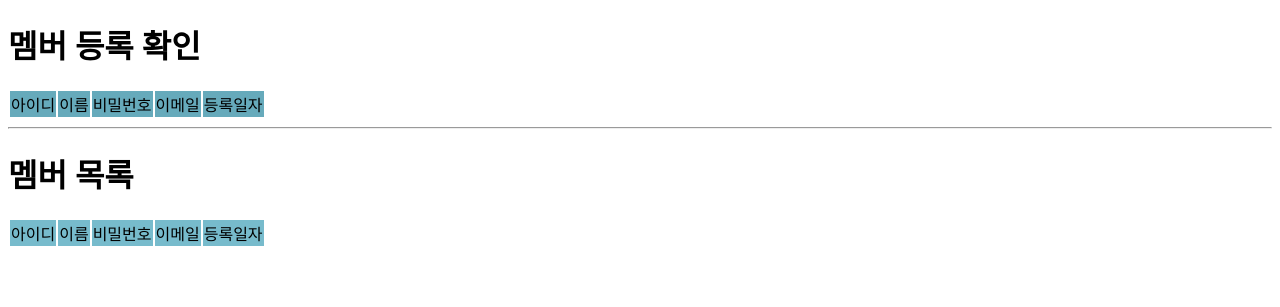
Repository: jsb5589/JAVAStudy
Page: http://localhost/JSP03/members/member7.jsp
The author's editor kept a copy of each file at every save. The page is drawn from the files as they stood at one save, then again after a run of saves.
The browser window is 1280 px wide. The pictures show the whole page.
The page is served by Tomcat 9. Queries for data that is not in the repository find no rows.

Above is the page before, as saved 2021-08-12 03:30:02.

### EZWebs/JSP03/src/main/webapp/members/member7.jsp
<%@ page language="java" contentType="text/html; charset=UTF-8"
	import="java.util.*, members.*"
    pageEncoding="UTF-8"%>

<%
	request.setCharacterEncoding("UTF-8");
%>

<jsp:useBean id="member" class="members.MemberVO" scope="page"/>
<jsp:setProperty name="member" property="*" />

<%
/*
	String mid = request.getParameter("mid");
	String mname = request.getParameter("mname");
	String pwd = request.getParameter("pwd");
	String email = request.getParameter("email");

	member.setMid(mid);
	member.setMname(mname);
	member.setPwd(pwd);
	member.setEmail(email);
	*/
	// MemberVO member = new MemberVO(mid, mname, pwd, email);
	MemberDBCP memberDBCP = new MemberDBCP();
	memberDBCP.addMember(member);

	List<MemberVO> memberList = memberDBCP.getMembers();
%>

<!DOCTYPE html>
<html>
<head>
	<meta charset="UTF-8">
	<title>멤버 등록 및 조회7</title>
</head>
<body>
	<h1>멤버 등록 확인</h1>
	<table>
		<tr bgcolor="66aabb">
			<td>아이디</td>
			<td>이름</td>
			<td>비밀번호</td>
			<td>이메일</td>
			<td>등록일자</td>
	</table>

	<hr>
	<h1>멤버 목록</h1>
	<table>
		<tr bgcolor="77bbcc">
			<td>아이디</td>
			<td>이름</td>
			<td>비밀번호</td>
			<td>이메일</td>
			<td>등록일자</td>
		</tr>

<%
		for(int cnt=0; cnt < memberList.size(); cnt++)	{
			MemberVO mem = (MemberVO)memberList.get(cnt);
%>
		<tr>
			<td><%=mem.getMid()%></td>
			<td><%=mem.getMname()%></td>
			<td><%=mem.getPwd()%></td>
			<td><%=mem.getEmail()%></td>
			<td><%=mem.getRegdate()%></td>
		</tr>
<%
		}
%>
	</table>
</body>
</html>

### EZWebs/JSP03/src/main/java/members/MemberVO.java
/*
 * MemberVO Value Object
 */
package members;

import java.sql.Date;

public class MemberVO {
	private String mid;
	private String mname;
	private String pwd;
	private String email;
	private Date regdate;

	public MemberVO() {}

	public MemberVO(String mid, String mname, String pwd, String email) {
		this.mid = mid;
		this.mname = mname;
		this.pwd = pwd;
		this.email = email;
	}

	public String getMid() {
		return mid;
	}
	public void setMid(String mid) {
		this.mid = mid;
	}
	public String getMname() {
		return mname;
	}
	public void setMname(String mname) {
		this.mname = mname;
	}
	public String getPwd() {
		return pwd;
	}
	public void setPwd(String pwd) {
		this.pwd = pwd;
	}
	public String getEmail() {
		return email;
	}
	public void setEmail(String email) {
		this.email = email;
	}
	public Date getRegdate() {
		return regdate;
	}
	public void setRegdate(Date regdate) {
		this.regdate = regdate;
	}

}

### EZWebs/JSP03/src/main/java/members/MemberDBCP.java
package members;

import java.sql.Connection;
import java.sql.Date;
import java.sql.PreparedStatement;
import java.sql.ResultSet;
import java.sql.SQLException;
import java.util.ArrayList;
import java.util.List;

import javax.naming.Context;
import javax.naming.InitialContext;
import javax.sql.DataSource;

public class MemberDBCP {
	private DataSource datasource = null;
	private Connection conn = null;
	private PreparedStatement stmt = null;

	public MemberDBCP() {
		try {
			Context ctx = new InitialContext();
			Context env = (Context)ctx.lookup("java:/comp/env");
			datasource = (DataSource)env.lookup("jdbc/oracle");
		}
		catch(Exception e) {
			e.printStackTrace();
		}
	}

	public void addMember(MemberVO memberVO) {
		String sql = "INSERT INTO member (mid, mname, pwd, email) VALUES (?, ?, ?, ?)";

		try {
			conn = datasource.getConnection();
			stmt = conn.prepareStatement(sql);

			stmt.setString(1, memberVO.getMid());
			stmt.setString(2, memberVO.getMname());
			stmt.setString(3, memberVO.getPwd());
			stmt.setString(4, memberVO.getEmail());

			stmt.executeUpdate();
			stmt.close();
		}
		catch(Exception e) {
			e.printStackTrace();
		}
	}

	public List<MemberVO> getMembers() {
		List<MemberVO> listMembers = new ArrayList<MemberVO>();

		ResultSet rs = null;

		try {
			String sql = "SELECT * FROM member ORDER BY mid";

			// conn = OracleConnector.getConnection();
			conn = datasource.getConnection();

			stmt = conn.prepareStatement(sql);
			rs = stmt.executeQuery();

			while(rs.next()) {
				String mid = rs.getString("mid");
				String mname = rs.getString("mname");
				String pwd = rs.getString("pwd");
				String email = rs.getString("email");
				Date regdate = rs.getDate("regdate");

				MemberVO member = new MemberVO();
				member.setMid(mid);
				member.setMname(mname);
				member.setPwd(pwd);
				member.setEmail(email);
				member.setRegdate(regdate);

				listMembers.add(member);
			}
		}
		catch(SQLException e) {
			System.out.println("[getMembers] SQLException: " + e.toString());
		}
		finally {
			try {
				if(rs != null) {
					rs.close();
				}
				if(stmt != null) {
					stmt.close();
				}

				conn.close();
			}
			catch(Exception e) {
				System.out.println("[getMembers] finally SQLException: " + e.toString());
			}

			// OracleConnector.closeConnection();

		}
		return listMembers;
	}

	public void delMember(String mid) {
		String sql = "DELETE FROM member WHERE mid = ?";

		try {
			conn = datasource.getConnection();
			stmt = conn.prepareStatement(sql);
			stmt.setString(1, mid);
			stmt.executeUpdate();
			stmt.close();
		}
		catch(Exception e) {
			e.printStackTrace();
		}
	}

	public void updateMember(MemberVO memberVO) {
		String sql = "UPDATE member SET mname=?, pwd=?, email=? WHERE mid=?";

		try {
			conn = datasource.getConnection();
			stmt = conn.prepareStatement(sql);

			stmt.setString(1, memberVO.getMname());
			stmt.setString(2, memberVO.getPwd());
			stmt.setString(3, memberVO.getEmail());
			stmt.setString(4, memberVO.getMid());

			stmt.executeUpdate();
			stmt.close();
		}
		catch(Exception e) {
			e.printStackTrace();
		}
	}

	public MemberVO getMember(String id) {
		String sql = "SELECT * FROM member WHERE mid=? ORDER BY mid";
		ResultSet rs = null;
		MemberVO member = new MemberVO();

		try {
			conn = datasource.getConnection();

			stmt = conn.prepareStatement(sql);
			stmt.setString(1, id);

			rs = stmt.executeQuery();

			if(rs.next()) {
				String mid = rs.getString("mid");
				String mname = rs.getString("mname");
				String pwd = rs.getString("pwd");
				String email = rs.getString("email");
				Date regdate = rs.getDate("regdate");

				member.setMid(mid);
				member.setMname(mname);
				member.setPwd(pwd);
				member.setEmail(email);
				member.setRegdate(regdate);
			}
		}
		catch(SQLException e) {
			System.out.println("[getMembers] SQLException: " + e.toString());
		}
		finally {
			try {
				if(rs != null) {
					rs.close();
				}
				if(stmt != null) {
					stmt.close();
				}

				conn.close();
			}
			catch(Exception e) {
				System.out.println("[getMembers] finally SQLException: " + e.toString());
			}
		}
		return member;
	}

	public boolean isMember(String mid, String pwd) {
		String sql = "SELECT decode(count(*),1,'true','false') AS membered FROM member WHERE mid=? AND pwd=?";

		boolean membered = false;

		try {
			conn = datasource.getConnection();
			stmt = conn.prepareStatement(sql);
			stmt.setString(1, mid);
			stmt.setString(2, pwd);

			ResultSet rs = stmt.executeQuery();
			if(rs.next()) {
				membered = Boolean.parseBoolean(rs.getString("membered"));
			}
			System.out.println("membered=" + membered);
		}
		catch (Exception e) {
			e.printStackTrace();
		}
		return membered;
	}
}

After the next 2 saves:
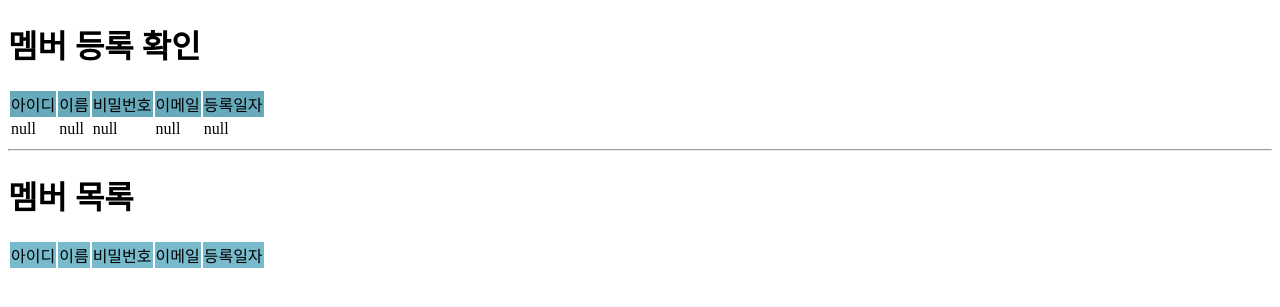
The 2 saves are shown as one change because 1 did not build or start.
The last was saved 4 min 53 s later.
--- a/EZWebs/JSP03/src/main/webapp/members/member7.jsp
+++ b/EZWebs/JSP03/src/main/webapp/members/member7.jsp
@@ -10,18 +10,7 @@
 <jsp:setProperty name="member" property="*" />
 
 <%
-/*
-	String mid = request.getParameter("mid");
-	String mname = request.getParameter("mname");
-	String pwd = request.getParameter("pwd");
-	String email = request.getParameter("email");
 
-	member.setMid(mid);
-	member.setMname(mname);
-	member.setPwd(pwd);
-	member.setEmail(email);
-	*/
-	// MemberVO member = new MemberVO(mid, mname, pwd, email);
 	MemberDBCP memberDBCP = new MemberDBCP();
 	memberDBCP.addMember(member);
 
@@ -43,6 +32,14 @@
 			<td>비밀번호</td>
 			<td>이메일</td>
 			<td>등록일자</td>
+		</tr>
+		<tr>
+			<td><jsp:getProperty name="member" property="mid"/></td>
+			<td><jsp:getProperty name="member" property="mname"/></td>
+			<td><jsp:getProperty name="member" property="pwd"/></td>
+			<td><jsp:getProperty name="member" property="email"/></td>
+			<td><jsp:getProperty name="member" property="regdate"/></td>
+		</tr>
 	</table>
 
 	<hr>
